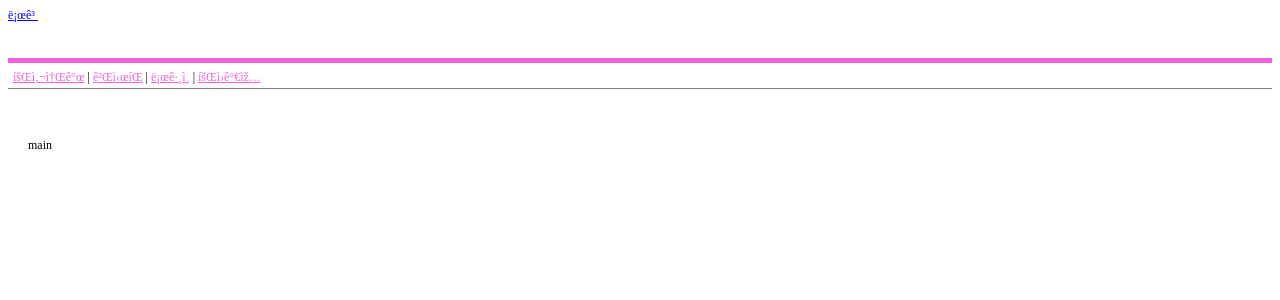
Repository: asaf0813/aisw
Page: http://localhost/model_edu/main.jsp
An editor plug-in stored every save of this project. The page is shown before and after the next save, followed by the edit.
The browser window is 1280 px wide. The pictures show the whole page.
The page is served by Tomcat 9.

Above is the page before, as saved 2019-10-04 13:48:07.

After the next save:
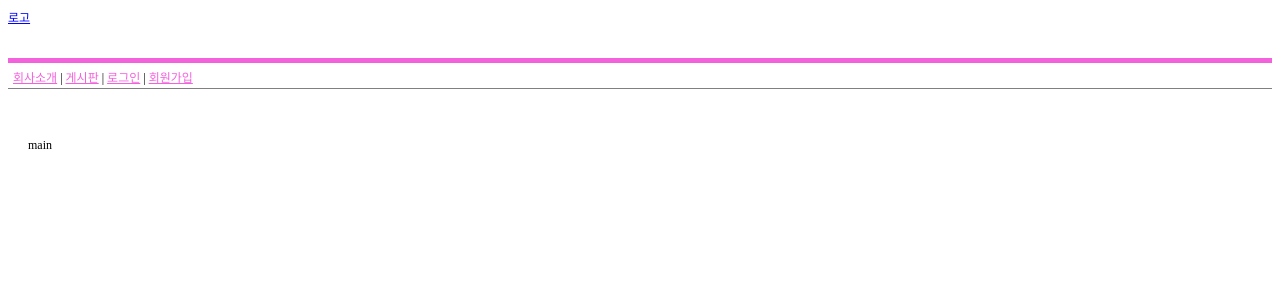
Saved 45 s later.
--- a/java/이클립스/workspace/model1_2/model_edu/WebContent/main.jsp
+++ b/java/이클립스/workspace/model1_2/model_edu/WebContent/main.jsp
@@ -1,3 +1,5 @@
+<%@ page language="java" contentType="text/html; charset=utf-8" pageEncoding="utf-8"%>
+
 <!doctype html>
 <html lang="en">
 	<head>
